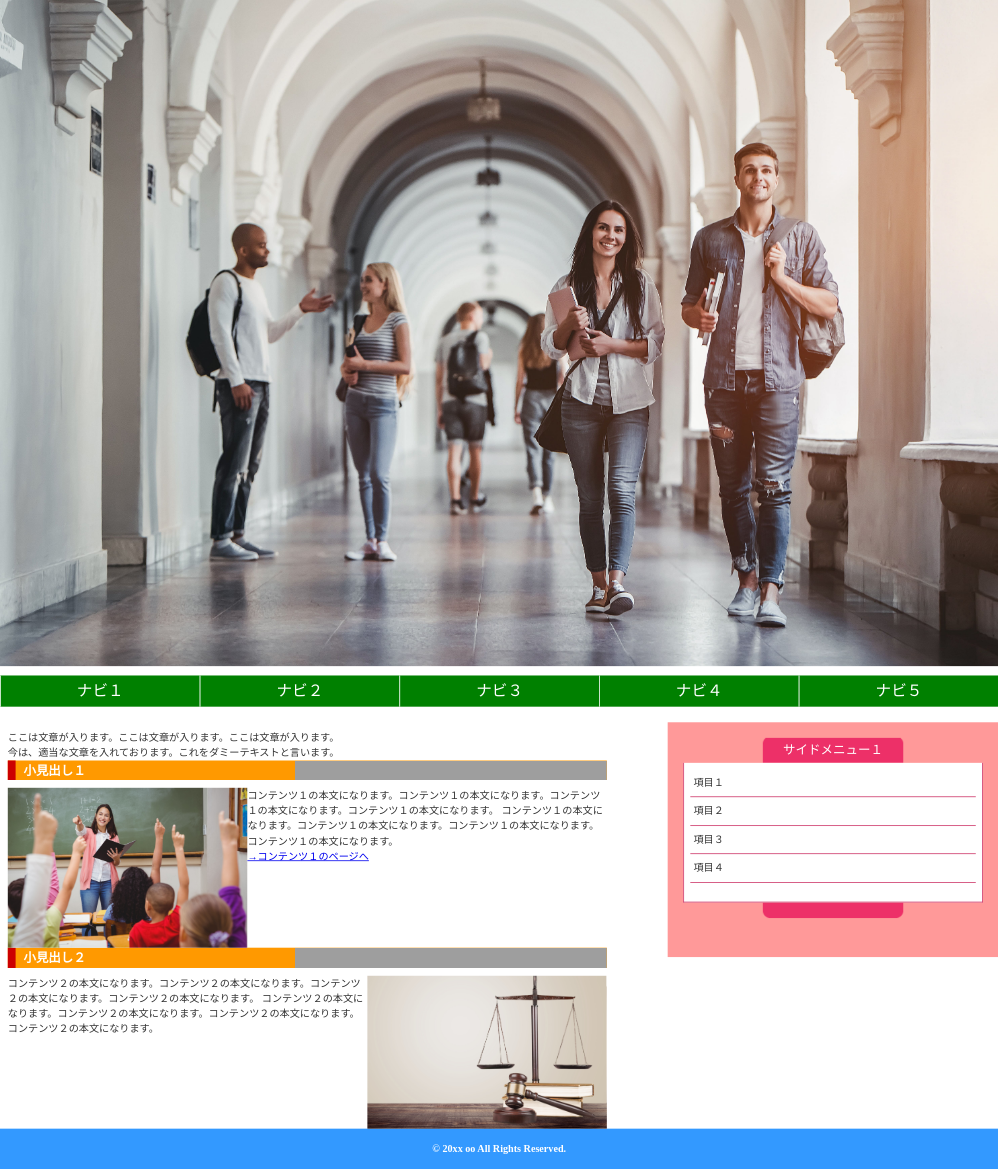
Repository: okuma0090/samurai_HTML-CSS
Page: home.html
The author's editor kept a record of every edit. The page is drawn from the files as they stood at one moment, then again after the next edit.
The browser window is 1280 px wide. The pictures show the whole page, at 78% of full size.
Pictures or frames that could not be fetched are drawn as grey boxes.

Above is the page before.

### home.html
<!DOCTYPE html>
<html lang="ja">
<head>
    <meta charset="UTF-8">
    <title>HTML/CSSの学習</title>
    <!--stylesheet.cssの読み込み -->
    <link rel="stylesheet"href="stylesheet.css">
</head>
<body>
    <div id="header">
        <h1><a href="index.html"><img id="corridor"src="images/corridor.jpg"alt="大学の廊下"/></a></h1></a></h1>
    </div>
    <div id="wrapper">
        <div id="nav">
            <ul>
                <li><a href="home.html">ナビ１</a></li>
                <li><a href="#">ナビ２</a></li>
                <li><a href="#">ナビ３</a></li>
                <li><a href="#">ナビ４</a></li>
                <li><a href="#">ナビ５</a></li>
            </ul>
        </div>
        <div id="container">
            <div id="main">
                <div class="post">
                    <p>ここは文章が入ります。ここは文章が入ります。ここは文章が入ります。<br />今は、適当な文章を入れております。これをダミーテキストと言います。</p>
                    </div>
                    <div class="post clearfix">
                        <h2>小見出し１</h2>
                        <img class="left" src="images/classroom.jpg" alt"授業風景" />
                        <p>
                            コンテンツ１の本文になります。コンテンツ１の本文になります。コンテンツ１の本文になります。コンテンツ１の本文になります。
                            コンテンツ１の本文になります。コンテンツ１の本文になります。コンテンツ１の本文になります。コンテンツ１の本文になります。
                        </p>
                        <p><a href="#">→コンテンツ１のページへ</a></p>
                    </div>
                        <div class="post clearfix">
                            <h2>小見出し２</h2>
                            <img class="right" src="images/scale.jpg" alt="天秤"/>
                            <p>
                                コンテンツ２の本文になります。コンテンツ２の本文になります。コンテンツ２の本文になります。コンテンツ２の本文になります。
                                コンテンツ２の本文になります。コンテンツ２の本文になります。コンテンツ２の本文になります。コンテンツ２の本文になります。
                            </p>
                        </div>
                </div>
                <div id="side">
                    <div class="box">
                        <h2>サイドメニュー１</h2>
                        <div class="boxBody">
                            <ul>
                                <li>項目１</li>
                                <li>項目２</li>
                                <li>項目３</li>
                                <li>項目４</li>
                            </ul>
                        </div>
                    </div>
                </div>
        </div>
    </div>
    <div id="footer">
        <p>&copy; 20xx oo All Rights Reserved.</p>
    </div>
</body>
</html>

### stylesheet.css
@charset"utf-8";


body{
    margin:0;
    padding:0;
    font-family:"ヒラギノ角ゴ　Pro W3","Hiragino Kaku Gothic Pro","メイリオ";
    color: #333;
    font-size: 13px;
    line-height: 150%;
}

/*--------------------wrapper--------------------*/
#wrapper{
    width: 100%;
    margin:auto;
    padding: 0px;
    border:0px;
    background-color: #FFF;
    top:10px;
    position: relative;
}

/*-------------------- header --------------------*/
#header {
    width: 100%;
}
#header h1{
    margin: 0;
    padding: 0;
}

#corridor {
    width: 100%;
    height:auto;
}

/*-------------------- footer --------------------*/
#footer{
    clear: both;
    width: 100%;
    padding: 3px 0 3px 0;
    background: #39F;
    color: #FFF;
    font-weight: bold;
    text-align: center;
}

/*-------------------- nav ----------------------*/
#nav {
    width:100%;
}
#nav ul {
    display: flex;
    margin: 0;
    padding: 0;
    list-style-type: none;
}
#nav ul li {
    width: 20%;
    text-align: center;
}

#nav ul li a {
    display: block;
    height:20px;
    margin: 0;
    padding: 10px;
    color:  #FFF;
    font-size: 20px;
    text-decoration: none;
    background-color: green;
    border-left:1px solid white;
}

#nav ul li a:hover{
    filter: drop-shadow(10px 10px 10px black);
}


/*-------------------- container -------------------*/
#container {
    width: 100%;
    margin: auto;
    padding-top: 20px;
    clear: both;
}
/*-------------------- main --------------------*/
#main {
    float: left;
    width: 60%;
    padding: 10px 30px 10px 10px;
}
#main h2{
    margin: 0 0 10px 0;
    padding: 3px 10px 3px 10px;
    color: #FFF;
    font-size:16px;
    border-left:solid 10px #C00;
    background: #F90 url(..images/main_h2.png) right top repeat-y;
}
#main p{
    margin:0;
    padding:0;
}
#main.post img.right {
    margin: 0 0 0 8px;
}
#main.post img.left{
    margin:0 8px 0 0;
}

.right{
    float: right;
    width: 40%;
    height:auto;
    }

.left{
    float: left;
    width: 40%;
    height: auto;
}

/*-------------------- clearfix ----------------------*/
.clearfix{
    zoom:1;
}
.clearfix:after{
    content:"";
    display: block;
    clear: both;
}


 /* -------------------- side -------------------- */
 #side {
 	 float: right;
 	 width: 30%;
 	 padding: 20px;
 	 background-color: #F99;
 }
 #side .box {
 	 margin: 0 auto 30px auto;
 	 padding: 0 0 20px 0;
 	 background: url(images/side_box.png) bottom no-repeat;
 }
 #side .box h2 {
 	 margin: 0;
 	 padding: 8px;
 	 text-align: center;
 	 color: #fff;
 	 font-size: 16px;
 	 line-height: 16px;
 	 font-weight: normal;
 	 background: url(images/side_box_h2.png) center no-repeat;
 }


 #side .box .boxBody {
 	 padding: 8px;
 	 border-right: solid 1px #C36;
 	 border-bottom: solid 1px #C36;
 	 border-left: solid 1px #C36;
	 background: #fff;
 }
 #side .box .boxBody ul {
 	 margin: 0 0 16px 0;
 	 padding: 0;
 }
 #side .box .boxBody ul li {
 	 padding: 8px 0 8px 4px;
 	 list-style: none;
 	 border-bottom: solid 1px #C36;
 }

 #side .box .boxBody ul li:hover{
     padding: 8px 0 8px 4px;
     list-style: none;
     border-bottom: solid 1px #C36;
     box-shadow: 0px 4px 4px rgba(0, 0, 0, 0.3);
 }

After the next edit:
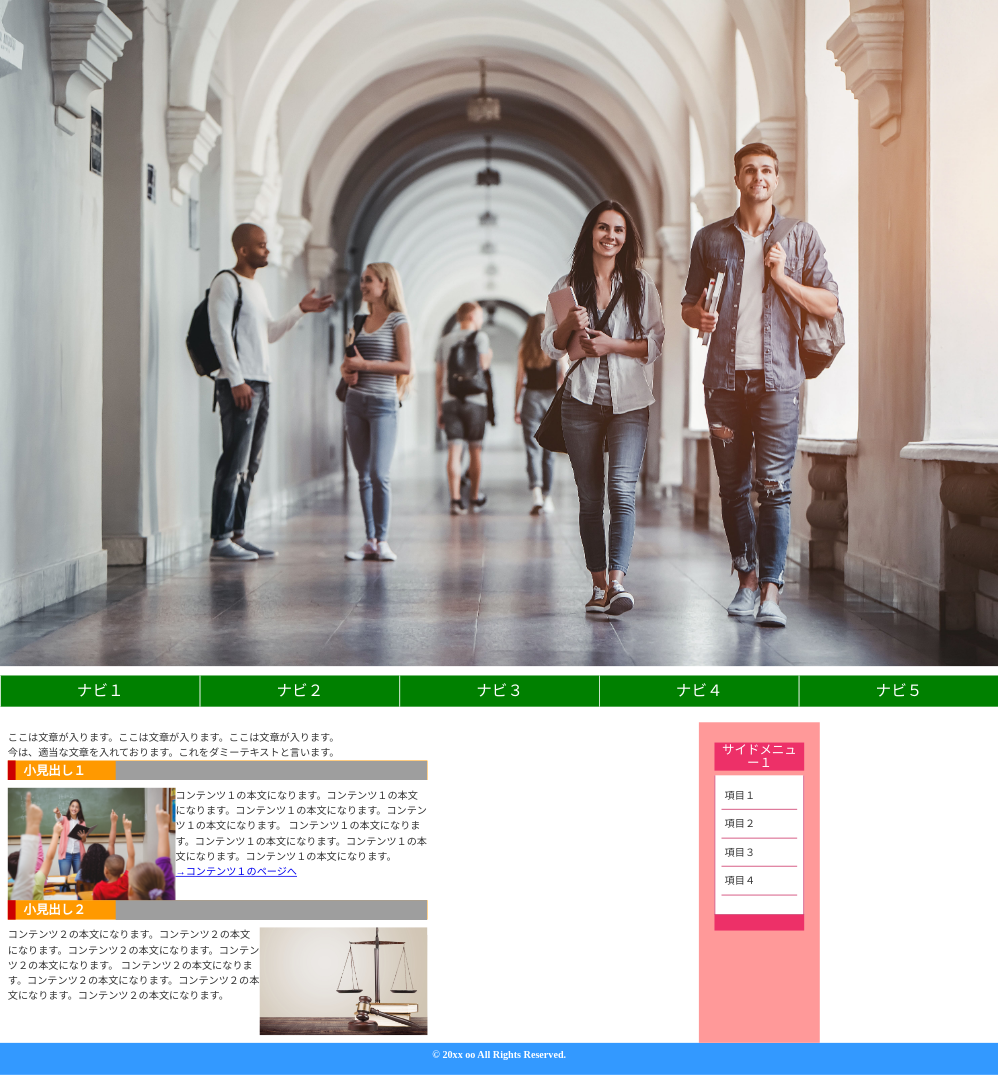
The edit:
--- a/stylesheet.css
+++ b/stylesheet.css
@@ -84,7 +84,8 @@
     margin: auto;
     padding-top: 20px;
     clear: both;
-}
+display: grid;
+grid-template-columns: 70vw 30vw;
 /*-------------------- main --------------------*/
 #main {
     float: left;
